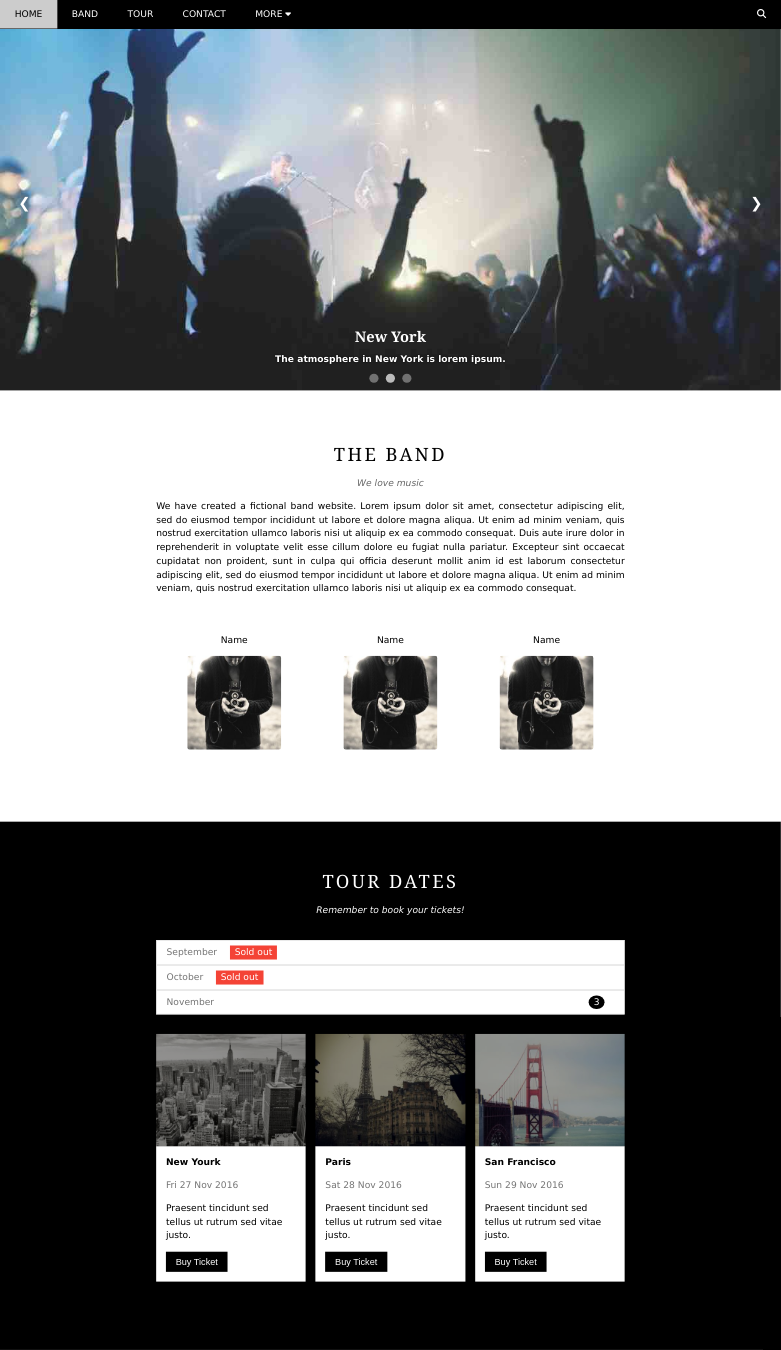
Repository: tam1512/The-Band
Page: index.html
The author's editor kept a copy of each file at every save. The page is drawn from the files as they stood at one save, then again after the next save.
The browser window is 1280 px wide. The pictures show the whole page, at 61% of full size.
Some web libraries are served in a nearby version.

Above is the page before, as saved 2022-07-25 10:45:20.

After the next save:
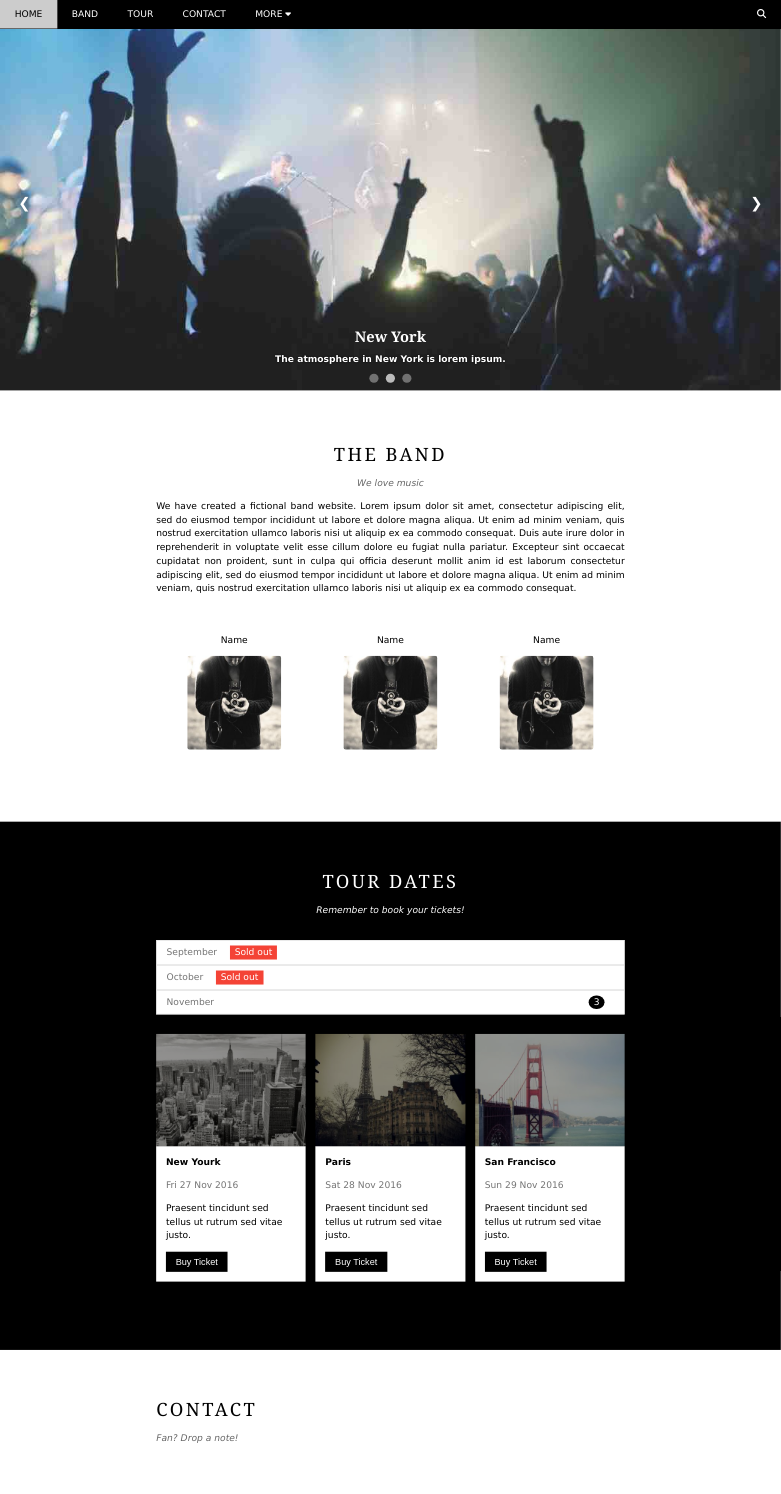
Saved 20 min 56 s later.
--- a/index.html
+++ b/index.html
@@ -100,7 +100,6 @@
                 <img src="assets/img/bandmember.jpg" alt="band member" class="band_member_img margin-bottom-16">
               </div>
             </div>
-            <!-- <div style="clear: both;"></div> -->
           </div>
           <div class="backgroud-black" id="tour">
             <div class="tour-container padding-64-16 text-center text-white">
@@ -152,6 +151,10 @@
                 </div>
               </div>
             </div>
+          </div>
+          <div class="padding-64-16" id="contact">
+            <h2 class="tilte fz-30 margin-10-0">CONTACT</h2>
+            <p class="margin-15-0"><i class="sub-title opacity">Fan? Drop a note!</i></p>
           </div>
       </div>
     </div>
